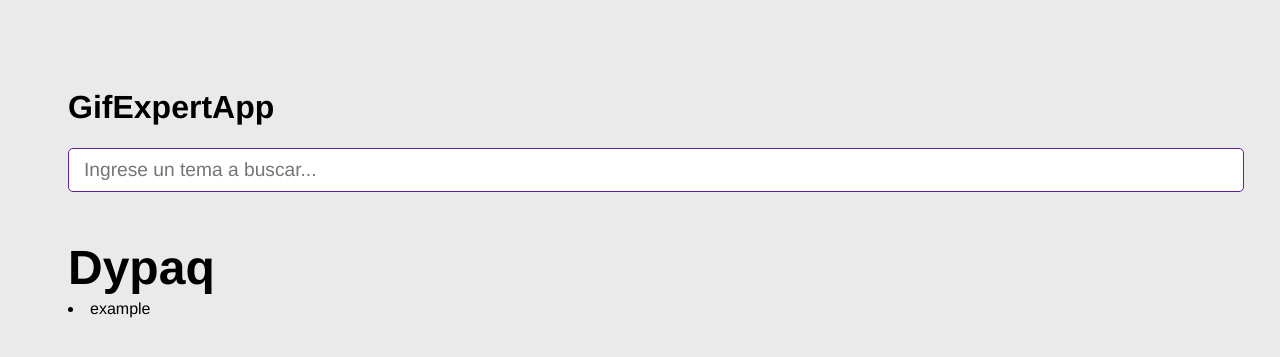
Repository: AlanColliDev/CursoReact
Page: /
These files come from the project's save history. The page is drawn as it stood at one moment and after the next save; the edit follows.
The browser window is 1280 px wide. The pictures show the whole page.
The page's requests for data from a server got no answer. The project was rebuilt for these pictures with package versions that can differ from the ones it lists, and the page was loaded fresh each time. No one was signed in, and anything a server would have sent is missing. Also part of the build but not shown: vite.config.js, src/components/GifItem.jsx.

Above is the page before, as saved 2022-07-23 11:31:33.

After the next save:
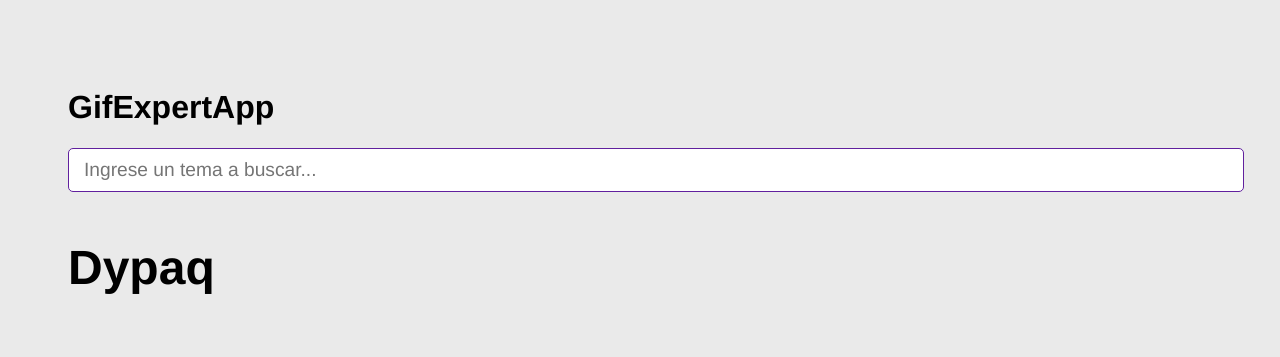
Saved 5 s later.
--- a/src/components/GifGrid.jsx
+++ b/src/components/GifGrid.jsx
@@ -30,7 +30,6 @@
                         <GifItem />
                     ))
                 }
-                <li>example</li>
             </div>
         </>
     )
